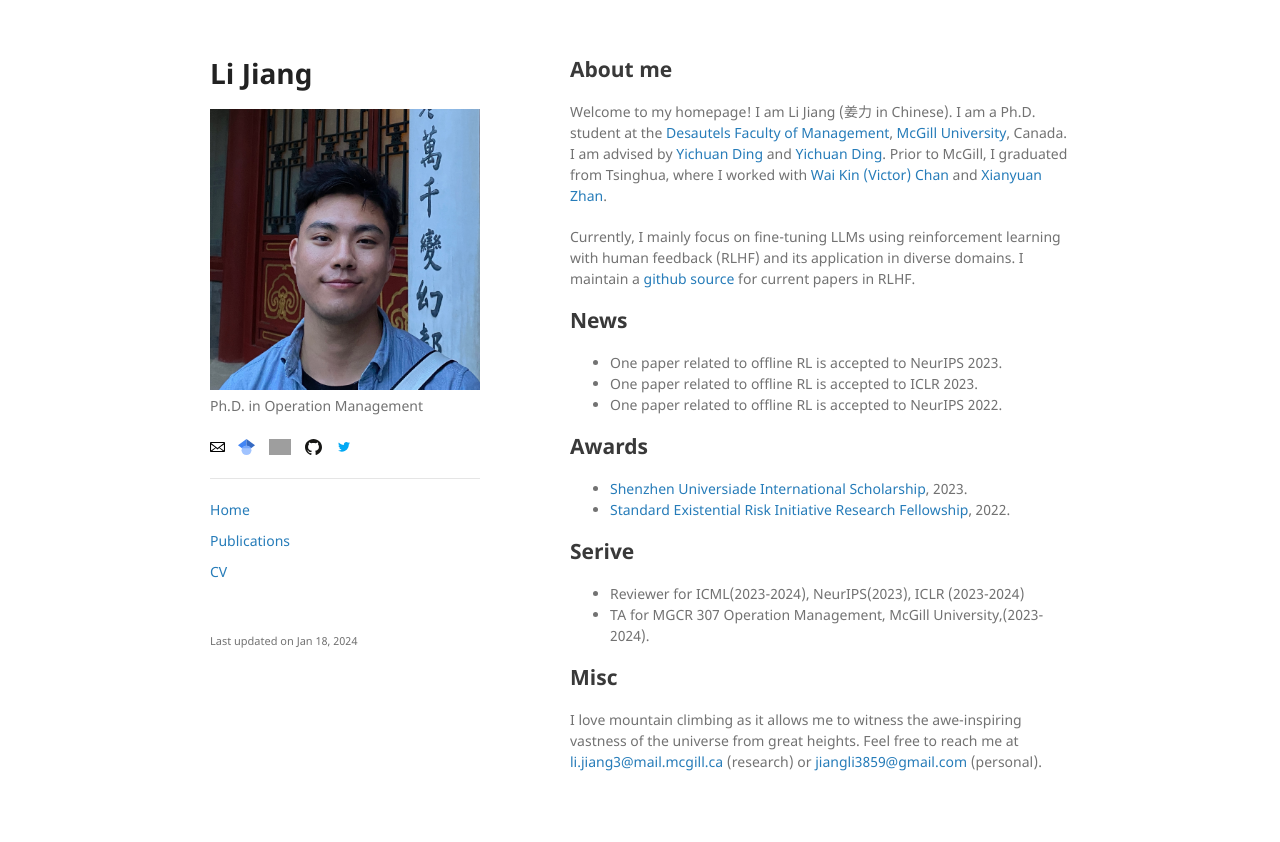
Repository: louieworth/louieworth.github.io
Page: index.html
These files come from the project's save history. The page is drawn as it stood at one moment and after the next save; the edit follows.
The browser window is 1280 px wide. The pictures show the whole page.
Pictures or frames that could not be fetched are drawn as grey boxes.

Above is the page before, as saved 2024-04-10 19:51:17.

### index.html
<!DOCTYPE html>
<html lang="en">
  <head>
	<meta name="generator" content="Hugo 0.101.0" />
    <meta charset="UTF-8">
    <meta http-equiv="X-UA-Compatible" content="IE=edge">
    <meta name="viewport" content="width=device-width, initial-scale=1">
    <title>Li Jiang | Homepage</title>
    <link rel="stylesheet" href="./css/style.css">

  </head>
  <body>
    <div class="wrapper">
      <header>
        <h1>Li Jiang</h1>



        <img src="./avatar.png" alt="Profile Photo" class="profile-image" />




        <p>Ph.D. in Operation Management</p>


        <div class="compact-sidebar">



        <p>
          <a href="mailto:li.jiang3@mail.mcgill.ca" target="_blank" rel="noopener noreferrer">
            <img src="./icons/mail-symbol.svg" class="octicons" alt="Google Scholar", style="margin-right: 10px;">
        </a>

          <a href="https://scholar.google.com/citations?user=eBZfztYAAAAJ&hl=zh-CN" target="_blank" rel="noopener noreferrer">
              <img src="./icons/Google_Scholar_symbol.svg" class="octicons" alt="Google Scholar", style="margin-right: 10px;">
          </a>

          <a href="https://www.linkedin.com/in/li-jiang-2014621b0/" target="_blank">
              <img src="./icons/linkedin.png" class="octicons" alt="LinkedIn", style="margin-right: 10px;">

          <a href="https://github.com/louieworth" target="_blank" rel="noopener noreferrer">
                <img src="./icons/github-symbol.svg" class="octicons" alt="Github", style="margin-right: 10px;">
            </a>

          <a href="https://twitter.com/louieworth" target="_blank" rel="noopener noreferrer">
              <img src="./icons/twitter_symbol.svg" class="octicons" alt="Twitter", style="margin-right: 10px;">
          </a>


        </p>












        </div>

		<hr/>
        <div class="compact-sidebar">



<p><a href="./">Home</a></p>

<p><a href="./publications/">Publications</a></p>

<p><a href="./personal/"></a></p>

<p><a href="./lijiang_cv.pdf" target="_blank">CV</a></p>
</div>

      </header>

<section>
    <h2 id="about-me">About me</h2>
<p>Welcome to my homepage! I am Li Jiang (姜力 in Chinese). I am a Ph.D. student at the <a href="https://www.mcgill.ca/desautels/">Desautels Faculty of Management</a>, <a href="https://www.mcgill.ca/">McGill University</a>, Canada.
I am advised by <a href="https://www.mcgill.ca/desautels/yichuan-daniel-ding">Yichuan Ding</a> and <a href="https://www.mcgill.ca/desautels/yichuan-daniel-ding">Yichuan Ding</a>. Prior to McGill, I graduated from Tsinghua, where I worked with <a href="https://www.sigs.tsinghua.edu.cn/cwj_en/main.htm">Wai Kin (Victor) Chan</a> and <a href="http://zhanxianyuan.xyz/">Xianyuan Zhan</a>.</p>
<p>Currently, I mainly focus on fine-tuning LLMs using reinforcement learning with human feedback (RLHF) and its application in diverse domains. I maintain a <a href="https://github.com/louieworth/awesome-rlhf">github source</a> for current papers in RLHF.</p>
<h2 id="news">News</h2>
<ul>
<li>One paper related to offline RL is accepted to NeurIPS 2023.</li>
<li>One paper related to offline RL is accepted to ICLR 2023.</li>
<li>One paper related to offline RL is accepted to NeurIPS 2022.</li>
</ul>
<h2 id="awards">Awards</h2>
<ul>
<li><a href="https://www.suisf.org.cn/index.htm">Shenzhen Universiade International Scholarship</a>, 2023.</li>
<li><a href="https://existence.org/">Standard Existential Risk Initiative Research Fellowship</a>, 2022.</li>
</ul>
<h2 id="serive">Serive</h2>
<ul>
<li>Reviewer for ICML(2023-2024), NeurIPS(2023), ICLR (2023-2024)</li>
<li>TA for MGCR 307 Operation Management, McGill University,(2023-2024).</li>
</ul>
<h2 id="misc">Misc</h2>
<p>I love mountain climbing as it allows me to witness the awe-inspiring vastness of the universe from great heights. Feel free to reach me at <a href="mailto:li.jiang3@mail.mcgill.ca">li.jiang3@mail.mcgill.ca</a> (research) or <a href="mailto:jiangli3859@gmail.com">jiangli3859@gmail.com</a> (personal).</p>

</section>
<footer>
    <p><small><br/>Last updated on Jan 18, 2024</small></p>
</footer>
</div>
<script src="./js/scale.fix.js"></script>
<script data-goatcounter="https://lijiang.goatcounter.com/count"
        async src="//gc.zgo.at/count.js"></script>
</body>
</html>

### css/style.css
@font-face {
  font-family: 'Noto Sans';
  font-weight: 400;
  font-style: normal;
  src: url("../fonts/Noto-Sans-regular/Noto-Sans-regular.eot");
  src: url("../fonts/Noto-Sans-regular/Noto-Sans-regular.eot?#iefix") format("embedded-opentype"), local("Noto Sans"), local("Noto-Sans-regular"), url("../fonts/Noto-Sans-regular/Noto-Sans-regular.woff2") format("woff2"), url("../fonts/Noto-Sans-regular/Noto-Sans-regular.woff") format("woff"), url("../fonts/Noto-Sans-regular/Noto-Sans-regular.ttf") format("truetype"), url("../fonts/Noto-Sans-regular/Noto-Sans-regular.svg#NotoSans") format("svg"); }
@font-face {
  font-family: 'Noto Sans';
  font-weight: 700;
  font-style: normal;
  src: url("../fonts/Noto-Sans-700/Noto-Sans-700.eot");
  src: url("../fonts/Noto-Sans-700/Noto-Sans-700.eot?#iefix") format("embedded-opentype"), local("Noto Sans Bold"), local("Noto-Sans-700"), url("../fonts/Noto-Sans-700/Noto-Sans-700.woff2") format("woff2"), url("../fonts/Noto-Sans-700/Noto-Sans-700.woff") format("woff"), url("../fonts/Noto-Sans-700/Noto-Sans-700.ttf") format("truetype"), url("../fonts/Noto-Sans-700/Noto-Sans-700.svg#NotoSans") format("svg"); }
@font-face {
  font-family: 'Noto Sans';
  font-weight: 400;
  font-style: italic;
  src: url("../fonts/Noto-Sans-italic/Noto-Sans-italic.eot");
  src: url("../fonts/Noto-Sans-italic/Noto-Sans-italic.eot?#iefix") format("embedded-opentype"), local("Noto Sans Italic"), local("Noto-Sans-italic"), url("../fonts/Noto-Sans-italic/Noto-Sans-italic.woff2") format("woff2"), url("../fonts/Noto-Sans-italic/Noto-Sans-italic.woff") format("woff"), url("../fonts/Noto-Sans-italic/Noto-Sans-italic.ttf") format("truetype"), url("../fonts/Noto-Sans-italic/Noto-Sans-italic.svg#NotoSans") format("svg"); }
@font-face {
  font-family: 'Noto Sans';
  font-weight: 700;
  font-style: italic;
  src: url("../fonts/Noto-Sans-700italic/Noto-Sans-700italic.eot");
  src: url("../fonts/Noto-Sans-700italic/Noto-Sans-700italic.eot?#iefix") format("embedded-opentype"), local("Noto Sans Bold Italic"), local("Noto-Sans-700italic"), url("../fonts/Noto-Sans-700italic/Noto-Sans-700italic.woff2") format("woff2"), url("../fonts/Noto-Sans-700italic/Noto-Sans-700italic.woff") format("woff"), url("../fonts/Noto-Sans-700italic/Noto-Sans-700italic.ttf") format("truetype"), url("../fonts/Noto-Sans-700italic/Noto-Sans-700italic.svg#NotoSans") format("svg"); }
.highlight table td {
  padding: 5px; }

.highlight table pre {
  margin: 0; }

.highlight .cm {
  color: #999988;
  font-style: italic; }

.highlight .cp {
  color: #999999;
  font-weight: bold; }

.highlight .c1 {
  color: #999988;
  font-style: italic; }

.highlight .cs {
  color: #999999;
  font-weight: bold;
  font-style: italic; }

.highlight .c, .highlight .cd {
  color: #999988;
  font-style: italic; }

.highlight .err {
  color: #a61717;
  background-color: #e3d2d2; }

.highlight .gd {
  color: #000000;
  background-color: #ffdddd; }

.highlight .ge {
  color: #000000;
  font-style: italic; }

.highlight .gr {
  color: #aa0000; }

.highlight .gh {
  color: #999999; }

.highlight .gi {
  color: #000000;
  background-color: #ddffdd; }

.highlight .go {
  color: #888888; }

.highlight .gp {
  color: #555555; }

.highlight .gs {
  font-weight: bold; }

.highlight .gu {
  color: #aaaaaa; }

.highlight .gt {
  color: #aa0000; }

.highlight .kc {
  color: #000000;
  font-weight: bold; }

.highlight .kd {
  color: #000000;
  font-weight: bold; }

.highlight .kn {
  color: #000000;
  font-weight: bold; }

.highlight .kp {
  color: #000000;
  font-weight: bold; }

.highlight .kr {
  color: #000000;
  font-weight: bold; }

.highlight .kt {
  color: #445588;
  font-weight: bold; }

.highlight .k, .highlight .kv {
  color: #000000;
  font-weight: bold; }

.highlight .mf {
  color: #009999; }

.highlight .mh {
  color: #009999; }

.highlight .il {
  color: #009999; }

.highlight .mi {
  color: #009999; }

.highlight .mo {
  color: #009999; }

.highlight .m, .highlight .mb, .highlight .mx {
  color: #009999; }

.highlight .sb {
  color: #d14; }

.highlight .sc {
  color: #d14; }

.highlight .sd {
  color: #d14; }

.highlight .s2 {
  color: #d14; }

.highlight .se {
  color: #d14; }

.highlight .sh {
  color: #d14; }

.highlight .si {
  color: #d14; }

.highlight .sx {
  color: #d14; }

.highlight .sr {
  color: #009926; }

.highlight .s1 {
  color: #d14; }

.highlight .ss {
  color: #990073; }

.highlight .s {
  color: #d14; }

.highlight .na {
  color: #008080; }

.highlight .bp {
  color: #999999; }

.highlight .nb {
  color: #0086B3; }

.highlight .nc {
  color: #445588;
  font-weight: bold; }

.highlight .no {
  color: #008080; }

.highlight .nd {
  color: #3c5d5d;
  font-weight: bold; }

.highlight .ni {
  color: #800080; }

.highlight .ne {
  color: #990000;
  font-weight: bold; }

.highlight .nf {
  color: #990000;
  font-weight: bold; }

.highlight .nl {
  color: #990000;
  font-weight: bold; }

.highlight .nn {
  color: #555555; }

.highlight .nt {
  color: #000080; }

.highlight .vc {
  color: #008080; }

.highlight .vg {
  color: #008080; }

.highlight .vi {
  color: #008080; }

.highlight .nv {
  color: #008080; }

.highlight .ow {
  color: #000000;
  font-weight: bold; }

.highlight .o {
  color: #000000;
  font-weight: bold; }

.highlight .w {
  color: #bbbbbb; }

.highlight {
  background-color: #f8f8f8; }

body {
  background-color: #fff;
  padding: 50px;
  font: 14px/1.5 "Noto Sans", "Helvetica Neue", Helvetica, Arial, sans-serif;
  color: #727272;
  font-weight: 400; }

h1, h2, h3, h4, h5, h6 {
  color: #222;
  margin: 0 0 20px; }

p, ul, ol, table, pre, dl {
  margin: 0 0 20px; }

.compact-sidebar p {
  margin: 0 0 10px; }

.compact-sidebar p:last-of-type {
  margin: 0 0 20px; }

p img.octicons {
  display: inline-flex;
  align-self: center;
  position: relative;
  height: 1.2em;
  bottom: -0.16em; }

.pgp-fingerprint span:first-child {
  padding-left: 0; }

.pgp-fingerprint span {
  padding-left: 5px; }

h1, h2, h3 {
  line-height: 1.1; }

h1 {
  font-size: 28px; }

h2 {
  color: #393939; }

h3, h4, h5, h6 {
  color: #494949; }

a {
  color: #267CB9;
  text-decoration: none; }

a:hover, a:focus {
  color: #046; }

a small {
  font-size: 11px;
  color: #777;
  margin-top: -0.3em;
  display: block; }

a:hover small {
  color: #777; }

.wrapper {
  width: 860px;
  margin: 0 auto; }

blockquote {
  border-left: 1px solid #e5e5e5;
  margin: 0;
  padding: 0 0 0 20px;
  font-style: italic; }

code, pre {
  font-family: Monaco, Bitstream Vera Sans Mono, Lucida Console, Terminal, Consolas, Liberation Mono, DejaVu Sans Mono, Courier New, monospace;
  color: #333; }

pre {
  padding: 8px 15px;
  background: #f8f8f8;
  border-radius: 5px;
  border: 1px solid #e5e5e5;
  overflow-x: auto; }

table {
  width: 100%;
  border-collapse: collapse; }

th, td {
  text-align: left;
  padding: 5px 10px;
  border-bottom: 1px solid #e5e5e5; }

dt {
  color: #444;
  font-weight: 700; }

th {
  color: #444; }

img {
  max-width: 100%; }

header {
  width: 270px;
  float: left;
  position: fixed;
  -webkit-font-smoothing: subpixel-antialiased; }

header ul {
  list-style: none;
  height: 40px;
  padding: 0;
  background: #f4f4f4;
  border-radius: 5px;
  border: 1px solid #e0e0e0;
  width: 270px; }

header li {
  width: 89px;
  float: left;
  border-right: 1px solid #e0e0e0;
  height: 40px; }

header li:first-child a {
  border-radius: 5px 0 0 5px; }

header li:last-child a {
  border-radius: 0 5px 5px 0; }

header ul a {
  line-height: 1;
  font-size: 11px;
  color: #676767;
  display: block;
  text-align: center;
  padding-top: 6px;
  height: 34px; }

header ul a:hover, header ul a:focus {
  color: #675C5C;
  font-weight: bold; }

header ul a:active {
  background-color: #f0f0f0; }

strong {
  color: #222;
  font-weight: 700; }

header ul li + li + li {
  border-right: none;
  width: 89px; }

header ul a strong {
  font-size: 14px;
  display: block;
  color: #222; }

section {
  width: 500px;
  float: right;
  padding-bottom: 50px; }

small {
  font-size: 11px; }

hr {
  border: 0;
  background: #e5e5e5;
  height: 1px;
  margin: 0 0 20px; }

footer {
  width: 270px;
  float: left;
  position: fixed;
  bottom: 50px;
  -webkit-font-smoothing: subpixel-antialiased; }

@media print, screen and (max-width: 960px) {
  div.wrapper {
    width: auto;
    margin: 0; }

  header, section, footer {
    float: none;
    position: static;
    width: auto; }

  header {
    padding-right: 320px; }

  section {
    border: 1px solid #e5e5e5;
    border-width: 1px 0;
    padding: 20px 0;
    margin: 0 0 20px; }

  header a small {
    display: inline; }

  header ul {
    position: absolute;
    right: 50px;
    top: 52px; } }
@media print, screen and (max-width: 720px) {
  body {
    word-wrap: break-word; }

  header {
    padding: 0; }

  header ul, header p.view {
    position: static; }

  pre, code {
    word-wrap: normal; } }
@media print, screen and (max-width: 480px) {
  body {
    padding: 15px; }

  header ul {
    width: 99%; }

  header li, header ul li + li + li {
    width: 33%; } }
@media print {
  body {
    padding: 0.4in;
    font-size: 12pt;
    color: #444; } }

### js/scale.fix.js
(function(document) {
    var metas = document.getElementsByTagName('meta'),
        changeViewportContent = function(content) {
            for (var i = 0; i < metas.length; i++) {
                if (metas[i].name == "viewport") {
                    metas[i].content = content;
                }
            }
        },
        initialize = function() {
            changeViewportContent("width=device-width, minimum-scale=1.0, maximum-scale=1.0");
        },
        gestureStart = function() {
            changeViewportContent("width=device-width, minimum-scale=0.25, maximum-scale=1.6");
        },
        gestureEnd = function() {
            initialize();
        };


    if (navigator.userAgent.match(/iPhone/i)) {
        initialize();

        document.addEventListener("touchstart", gestureStart, false);
        document.addEventListener("touchend", gestureEnd, false);
    }
})(document);

After the next save:
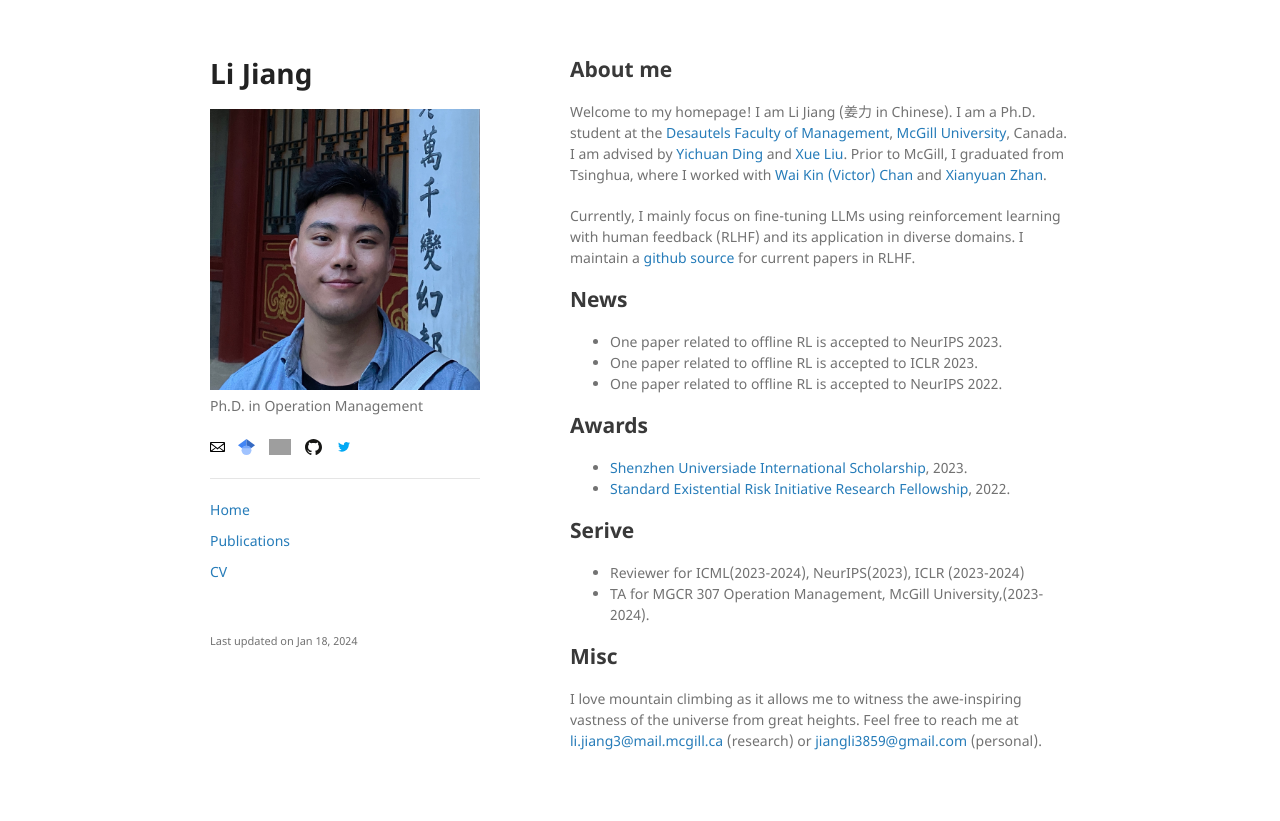
Saved 48 s later.
--- a/index.html
+++ b/index.html
@@ -83,7 +83,7 @@
 <section>
     <h2 id="about-me">About me</h2>
 <p>Welcome to my homepage! I am Li Jiang (姜力 in Chinese). I am a Ph.D. student at the <a href="https://www.mcgill.ca/desautels/">Desautels Faculty of Management</a>, <a href="https://www.mcgill.ca/">McGill University</a>, Canada.
-I am advised by <a href="https://www.mcgill.ca/desautels/yichuan-daniel-ding">Yichuan Ding</a> and <a href="https://www.mcgill.ca/desautels/yichuan-daniel-ding">Yichuan Ding</a>. Prior to McGill, I graduated from Tsinghua, where I worked with <a href="https://www.sigs.tsinghua.edu.cn/cwj_en/main.htm">Wai Kin (Victor) Chan</a> and <a href="http://zhanxianyuan.xyz/">Xianyuan Zhan</a>.</p>
+I am advised by <a href="https://www.mcgill.ca/desautels/yichuan-daniel-ding">Yichuan Ding</a> and <a href="https://cs.mcgill.ca/~xueliu/site/intro.html">Xue Liu</a>. Prior to McGill, I graduated from Tsinghua, where I worked with <a href="https://www.sigs.tsinghua.edu.cn/cwj_en/main.htm">Wai Kin (Victor) Chan</a> and <a href="http://zhanxianyuan.xyz/">Xianyuan Zhan</a>.</p>
 <p>Currently, I mainly focus on fine-tuning LLMs using reinforcement learning with human feedback (RLHF) and its application in diverse domains. I maintain a <a href="https://github.com/louieworth/awesome-rlhf">github source</a> for current papers in RLHF.</p>
 <h2 id="news">News</h2>
 <ul>
